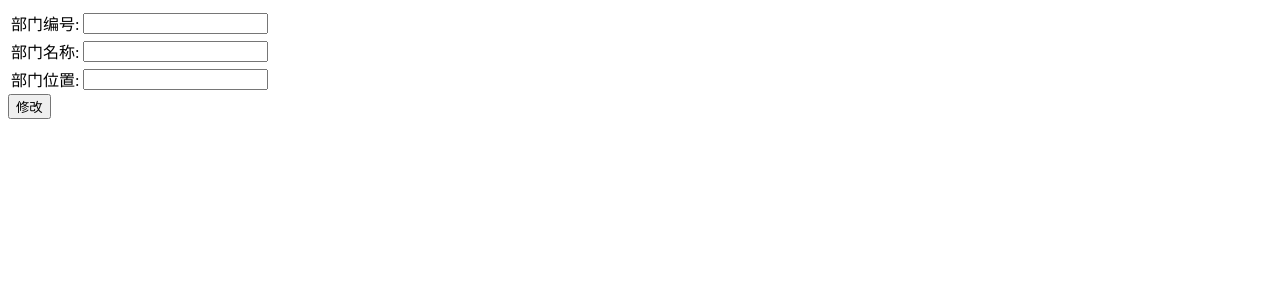
Repository: jianminghao/ssiProject
Page: http://localhost/myssiProject/test.jsp
An editor plug-in stored every save of this project. The page is shown before and after the next save, followed by the edit.
The browser window is 1280 px wide. The pictures show the whole page.
The page is served by Tomcat 9.

Above is the page before, as saved 2020-03-04 08:04:40.
Console error: ReferenceError: $ is not defined

After the next save:
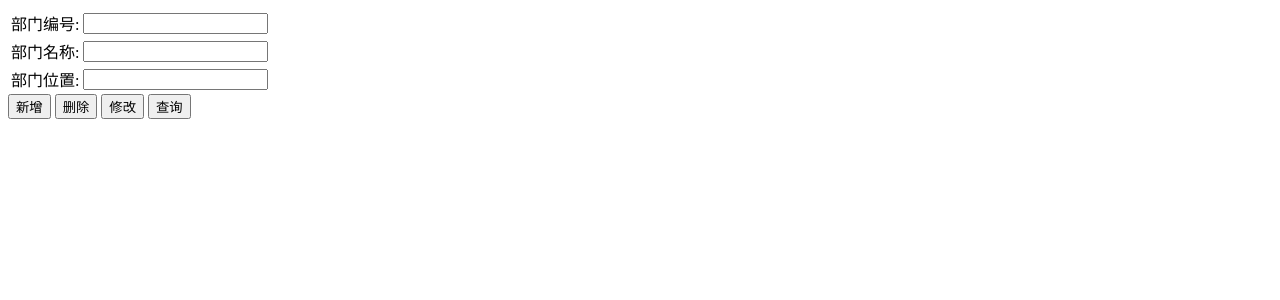
Saved 9 s later.
--- a/myssiProject/WebContent/test.jsp
+++ b/myssiProject/WebContent/test.jsp
@@ -76,8 +76,8 @@
 				 <td><input type="text" id="loc" name="deptInfo.loc"></td>
 			</tr>
 		</table>
-		<input type="submit" value="修改">
-		<!-- <button class="btn" name="insert" onclick="insert()">
+		<!-- <input type="submit" value="修改"> -->
+		<button class="btn" name="insert" onclick="insert()">
 			<span>新增</span>
 		</button>
 		<button class="btn" name="delete" onclick="deleteInfo()">
@@ -88,7 +88,7 @@
 		</button>
 		<button class="btn" name="query" onclick="query()">
 			<span>查询</span>
-		</button> -->
+		</button>
 	</form>
 </body>
 </html>
